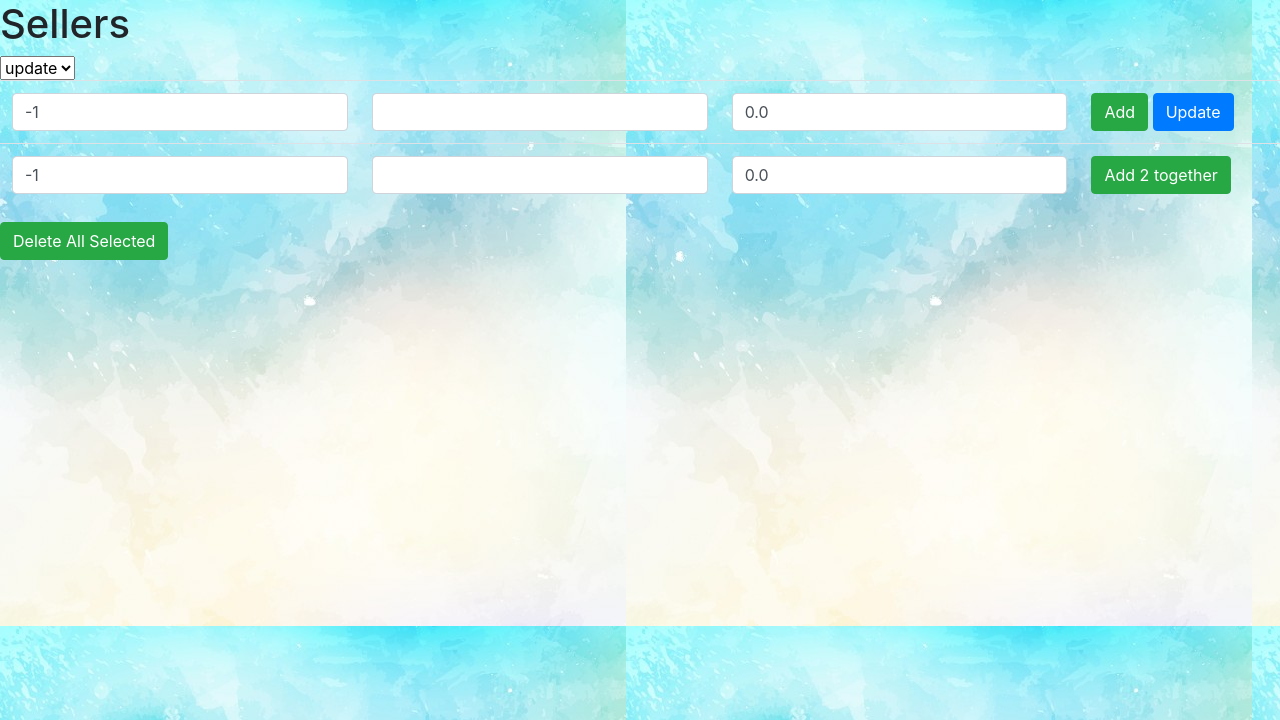
Repository: zhenyan02/HW_Projects
Page: http://localhost/bookStore/SellerWeb.jsp
These files come from the project's save history. The page is drawn as it stood at one moment and after the next save; the edit follows.
The browser window is 1280 px wide. The pictures show the whole page.
The page is served by Tomcat 9. Other server files are loaded and not shown. Queries for data that is not in the repository find no rows.

Above is the page before, as saved 2018-11-25 00:16:48.

### 582_Final Project_JavaScript/bookStore/WebContent/SellerWeb.jsp
<%@ page language="java" contentType="text/html; charset=ISO-8859-1"
    pageEncoding="ISO-8859-1" import="finalproject.bookstore.*, java.util.*"%>
<!DOCTYPE html PUBLIC "-//W3C//DTD HTML 4.01 Transitional//EN" "http://www.w3.org/TR/html4/loose.dtd">
<html>
<head>
<meta http-equiv="Content-Type" content="text/html; charset=ISO-8859-1">
<title>Insert title here</title>
<link href="css/bootstrap.css" rel="stylesheet"/>
</head>

<body background="back1.jpg">
	<h1>Sellers</h1>
			<select name = "options">
			<option>update</option>
			<option>delete</option>
			<option>add</option>
			</select>

<%
	SellerDAO dao = new SellerDAO();

	//controller{
	String action = request.getParameter("action");
    String name = request.getParameter("name");
    String price = request.getParameter("price");
    String id = request.getParameter("id");
	String action2 = request.getParameter("action2");
    String name2 = request.getParameter("name2");
    String price2 = request.getParameter("price2");
    String id2 = request.getParameter("id2");
    Seller app = new Seller();
    Seller apS2 = new Seller();

    //Seller aXX2 = new Seller();
    //Seller aXX1 = new Seller();

    if("create".equals(action)){
    	int idInt = Integer.parseInt(id);
    	double priceD = Double.parseDouble(price);
        app = new Seller(idInt, name, priceD);
    	dao.create(app);
    }else if("remove".equals(action)){
    	//String nameString = String.parseString(id);
    	dao.remove(name);
    }else if("select".equals(action)){
    	//int idInt = Integer.parseInt(id);
    	app = dao.selectOne(name);
    }else if("update".equals(action)){
    	int idInt = Integer.parseInt(id);
    	double priceD = Double.parseDouble(price);
    	app = new Seller(idInt, name, priceD);
    	dao.update(name, app);
    }else if("create2".equals(action)){
    	int idInt = Integer.parseInt(id);
    	double priceD = Double.parseDouble(price);
        app = new Seller(idInt, name, priceD);
    	int idInt2 = Integer.parseInt(id2);
    	double priceD2 = Double.parseDouble(price2);
        apS2 = new Seller(idInt2, name2, priceD2);
		List<Seller> twoInputs = new ArrayList<Seller>();
		twoInputs.add(app);
		twoInputs.add(apS2);
		dao.listInsert(twoInputs);
    }else if("deleteall".equals(action)){
    	//String nameString = String.parseString(id);
	       Seller aXX2 = new Seller(11,"AXA", 28.99);
	       Seller aXX1 = new Seller(11,"AYA", 28.99);
	    	List<Seller> multiDelete = new ArrayList<Seller>();
	    	multiDelete.add(aXX2);
	    	multiDelete.add(aXX1);
	       dao.listDelete(multiDelete);
			System.out.println("DELETE2XXXXXX");

    }


	//Seller app1 = new Seller("xxxyxx", 8.99);
	//dao.create(app1);


	List<Seller> sellers = dao.selectAll();
	 //}
%>
<form action="SellerWeb.jsp">
	<table class= "table">
		<tr>
			<td><input name="id" class="form-control" value="<%= app.getId()%>"/></td>
			<td><input name="name" class="form-control" value="<%= app.getName()%>"/></td>
			<td><input name="price" class="form-control" value="<%= app.getPrice()%>"/></td>
			<td>
				<button class="btn btn-success" name="action" value="create">
					Add
				</button>
				<button class="btn btn-primary" name="action" value="update">
					Update
				</button>
			</td>
		</tr>

		<tr>
			<td><input name="id2" class="form-control" value="<%= apS2.getId()%>"/></td>
			<td><input name="name2" class="form-control" value="<%= apS2.getName()%>"/></td>
			<td><input name="price2" class="form-control" value="<%= apS2.getPrice()%>"/></td>
			<td>
				<button class="btn btn-success" name="action" value="create2">
					Add 2 together
				</button>
			</td>
		</tr>

<% for(Seller ap:sellers){
%>  <tr>
		<td><input name="id" type="checkbox" value="<%= ap.getName()%>"/></td>
		<% //multiDelete.add(ap);%>
		<td><%= ap.getId() %></td>
		<td><%= ap.getName() %></td>
		<td><%= ap.getPrice() %></td>
		<td>
			<a class="btn btn-danger" href="SellerWeb.jsp?action=remove&name=<%= ap.getName() %>">
				Delete
			</a>
			<a class="btn btn-warning" href="SellerWeb.jsp?action=select&name=<%= ap.getName() %>">
				Select
			</a>
		</td>
	</tr>
<%
	}
%>
   </table>
</form>
<tr>
		<td>
				<button class="btn btn-success" name="action" value="deleteall">
					Delete All Selected
				</button>
				</td>
</tr>
</body>
</html>

### 582_Final Project_JavaScript/bookStore/src/finalproject/bookstore/SellerDAO.java
package finalproject.bookstore;

import java.sql.Connection;
import java.sql.DriverManager;
import java.sql.PreparedStatement;
import java.sql.ResultSet;
import java.sql.SQLException;
import java.util.ArrayList;
import java.util.List;

public class SellerDAO {

	public Connection getConnection(){
		String connectionUrl = "jdbc:mysql://localhost:3306/onlineide";
		Connection connection = null;

		try {
			Class.forName("com.mysql.jdbc.Driver").newInstance();
			connection = DriverManager.getConnection(connectionUrl, "root", "zhenyanl");
		} catch (Exception e) {
			e.printStackTrace();
		}

		return connection;

	}

	public void closeConnection(Connection connection){
		try {
			connection.close();
		} catch (SQLException e) {
			e.printStackTrace();
		}
	}

	public void create(Seller seller){

		String sql = "insert into sellers(id, name, price) values (? ,?, ?)";

		Connection connection = getConnection();

		try {
			PreparedStatement statement = connection.prepareStatement(sql);
			statement.setInt(1, seller.getId());
			statement.setString(2, seller.getName());
			statement.setDouble(3, seller.getPrice());
			statement.execute();
		} catch (SQLException e) {
			e.printStackTrace();
		}finally {
			closeConnection(connection);
		}
	}



	public List<Seller> selectAll(){
		List<Seller> sellers = new ArrayList<Seller>();

		String sql = "select * from sellers";
		Connection connection = getConnection();

		try {
			PreparedStatement statement = connection.prepareStatement(sql);
			ResultSet results = statement.executeQuery();
			while(results.next()){
				int id = results.getInt("id");
				String name = results.getString("name");
				double price = results.getDouble("price");
				//int stockquantity = results.getInt("stockquantity");
				Seller seller = new Seller(id, name, price);
				sellers.add(seller);
			}
		} catch (SQLException e) {
			e.printStackTrace();
		}finally {
			closeConnection(connection);
		}

		return sellers;
	}

	public void remove(String name){
		String sql = "delete from sellers where name=?";

		Connection connection = getConnection();

		try {
			PreparedStatement statement = connection.prepareStatement(sql);
			statement.setString(1,  name);
			statement.execute();
		} catch (SQLException e) {
			e.printStackTrace();
		}finally{
			closeConnection(connection);
		}
	}


	public Seller selectOne(String name) {
		Seller app = null;

		String sql = "select * from sellers where name=?";
		Connection connection = getConnection();

		try {
			PreparedStatement statement = connection.prepareStatement(sql);
			statement.setString(1,  name);
			ResultSet results = statement.executeQuery();
			if(results.next()){
				int id = results.getInt("id");
				name = results.getString("name");
				double price = results.getDouble("price");
				app = new Seller(id,name,price);
			}
		} catch (SQLException e) {
			e.printStackTrace();
		}finally{
			closeConnection(connection);
		}
		return app;
	}

	public void update(String name, Seller app) {


		String sql = "update sellers set id=?, name=?, price=? where name=?";
		Connection connection = getConnection();

		try {
			PreparedStatement statement = connection.prepareStatement(sql);
			statement.setInt(1, app.getId());
			statement.setString(2, app.getName());
			statement.setDouble(3, app.getPrice());
			statement.setString(4, name);
			statement.execute();
		} catch (SQLException e) {
			e.printStackTrace();
		}finally{
			closeConnection(connection);
		}
	}


	/////////////////////////////////////////////////
	public void  listInsert(List<Seller> allInput){


		String sql = "insert into sellers(id, name, price) values (? ,?, ?)";
		Connection connection = getConnection();

		try {
			PreparedStatement statement = connection.prepareStatement(sql);
			//ResultSet results = statement.executeQuery();
			connection.setAutoCommit(false);
	        for (Seller seller : allInput) {
				statement.setInt(1, seller.getId());
				statement.setString(2, seller.getName());
				statement.setDouble(3, seller.getPrice());
				statement.execute();
				}
	        connection.commit();
		} catch (SQLException e) {
			e.printStackTrace();
								try {
									connection.rollback();
								} catch (SQLException e1) {
									e1.printStackTrace();
								}
		}finally {
			closeConnection(connection);
		}

	}
	///////////////////////////////////////////////////

	/////////////////////////////////////////////////
	public void  listDelete(List<Seller> allInput){


		String sql = "delete from sellers where name=?";
		Connection connection = getConnection();

		try {
			PreparedStatement statement = connection.prepareStatement(sql);
			//ResultSet results = statement.executeQuery();
			connection.setAutoCommit(false);
			for (Seller seller : allInput) {
				statement.setString(1, seller.getName());
				statement.execute();
				}
			connection.commit();
		} catch (SQLException e) {
			e.printStackTrace();
								try {
									connection.rollback();
								} catch (SQLException e1) {
									e1.printStackTrace();
								}
		}finally {
			closeConnection(connection);
		}

	}
	///////////////////////////////////////////////////


	public static void main(String[] args) {

		SellerDAO dao = new SellerDAO();

		/*
		Seller app1 = new Seller(1,"The Lord of Ring", 28.99);
		Seller app2 = new Seller(2,"The Kite Runner", 55.99);
		Seller app3 = new Seller(3,"The Da Vinci Code ", 36.59);
		Seller app4 = new Seller(4,"The Hunger Games", 56.89);
		Seller app5 = new Seller(5,"Life of Pi", 43.89);
		Seller app6 = new Seller(6,"Animal Farm", 67.99);
		Seller app7 = new Seller(7,"The Help", 19.99);
		Seller app8 = new Seller(8,"Gone Girl", 17.99);
		Seller app9 = new Seller(9,"Harry Potter", 39.99);
		Seller app10 = new Seller(10,"War and Peace", 47.99);
		dao.create(app1);
		dao.create(app2);
		dao.create(app3);
		dao.create(app4);
		dao.create(app5);
		dao.create(app6);
		dao.create(app7);
		dao.create(app8);
		dao.create(app9);
		dao.create(app10);
		*/

		//BuyerDAO daoo = new BuyerDAO();

		/*
		Buyer app11 = new Buyer(38.99, 1,"The Lord of Ring");
		Buyer app22 = new Buyer(65.99,2,"The Kite Runner");
		Buyer app33 = new Buyer(46.59,1,"The Da Vinci Code " );
		Buyer app44 = new Buyer(66.89, 3,"The Hunger Games" );
		Buyer app55 = new Buyer(53.89, 1,"Life of Pi");
		Buyer app66 = new Buyer(77.99, 3,"Animal Farm");
		Buyer app77 = new Buyer(29.99,1,"The Help");
		Buyer app88 = new Buyer(27.99, 3,"Gone Girl");
		Buyer app99 = new Buyer(49.99, 6, "Harry Potter");
		//Buyer app10 = new Buyer(57.99, 10,"War and Peace");
		daoo.create(app11);
		daoo.create(app22);
		daoo.create(app33);
		daoo.create(app44);
		daoo.create(app55);
		daoo.create(app66);
		daoo.create(app77);
		daoo.create(app88);
		daoo.create(app99);
		*/



	       Seller aXX2 = new Seller(11,"AXA", 28.99);
	       Seller aXX1 = new Seller(11,"AYA", 28.99);
	    	List<Seller> multiDelete = new ArrayList<Seller>();
	    	multiDelete.add(aXX2);
	    	multiDelete.add(aXX1);
	dao.listDelete(multiDelete);

		//Seller apS1 = new Seller(11,"AXA", 28.99);
		//dao.create(apS1);
		//Seller apS2 = new Seller(12,"AYA", 66.66);
		//dao.create(apS2);
		//Seller apS3 = new Seller(13,"ZZZ", 28.99);
		//dao.create(apS2);
		//List<Seller> twoInputs = new ArrayList<Seller>();
		//twoInputs.add(apS1);
		//twoInputs.add(apS2);
		//twoInputs.add(apS3);
		//dao.listInsert(twoInputs);

		//dao.listDelete(twoInputs);

		//Buyer apB1 = new Buyer(38.99, 1,"XXX");
		//daoo.create(apB1);
		/*
		Connection connection = dao.getConnection();
		System.out.println(connection);
		dao.closeConnection(connection);
		*/

	}

}

### 582_Final Project_JavaScript/bookStore/src/finalproject/bookstore/Seller.java
package finalproject.bookstore;


public class Seller {
	private int id = -1;
	private String name = "";
	private double price=0.0;


	public Seller() {
		super();
	}
	public Seller(String name, double price) {
		super();
		this.name = name;
		this.price = price;
	}
	public Seller(int id, String name, double price) {
		super();
		this.id = id;
		this.name = name;
		this.price = price;
	}
	public int getId() {
		return id;
	}
	public void setId(int id) {
		this.id = id;
	}
	public String getName() {
		return name;
	}
	public void setName(String name) {
		this.name = name;
	}
	public double getPrice() {
		return price;
	}
	public void setPrice(double price) {
		this.price = price;
	}

}

Loaded but not shown: 582_Final Project_JavaScript/bookStore/WebContent/css/bootstrap.css (library)

After the next save:
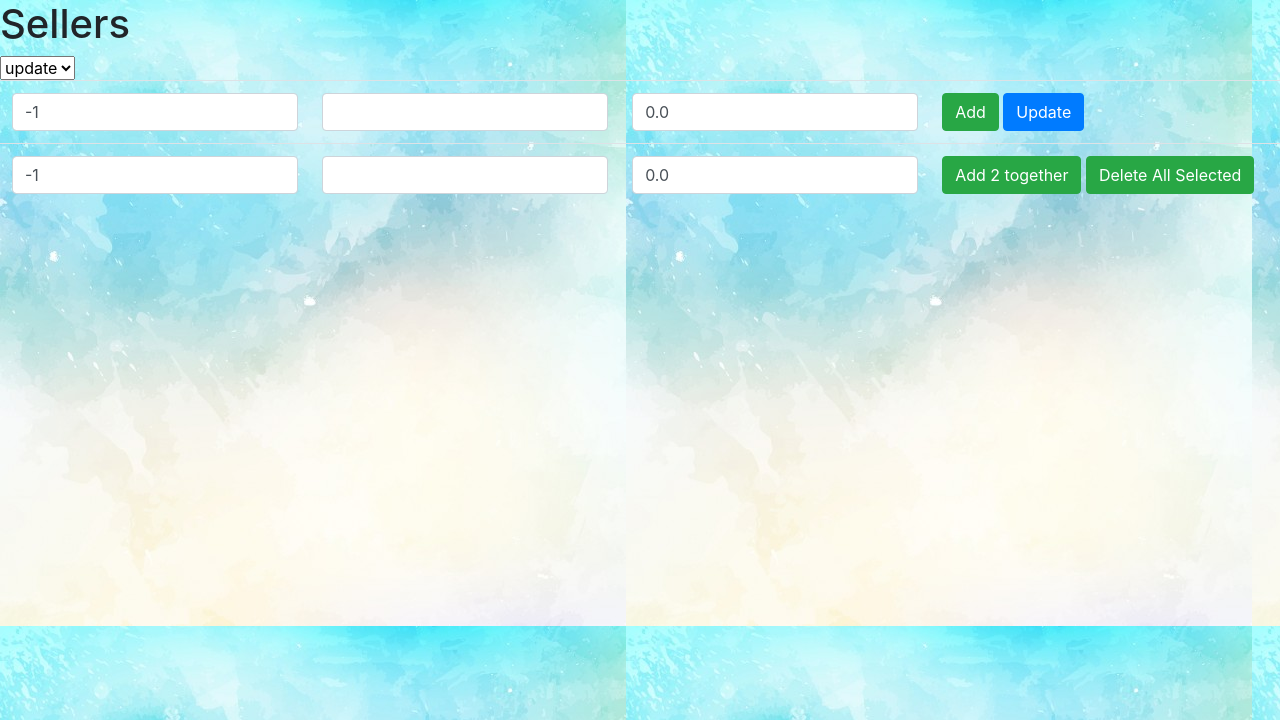
Saved 78 s later.
--- a/582_Final Project_JavaScript/bookStore/WebContent/SellerWeb.jsp
+++ b/582_Final Project_JavaScript/bookStore/WebContent/SellerWeb.jsp
@@ -61,7 +61,7 @@
 		twoInputs.add(app);
 		twoInputs.add(apS2);
 		dao.listInsert(twoInputs);
-    }else if("deleteall".equals(action)){
+    }else if("delete2".equals(action)){
     	//String nameString = String.parseString(id);
 	       Seller aXX2 = new Seller(11,"AXA", 28.99);
 	       Seller aXX1 = new Seller(11,"AYA", 28.99);
@@ -105,6 +105,9 @@
 				<button class="btn btn-success" name="action" value="create2">
 					Add 2 together
 				</button>
+				<button class="btn btn-success" name="action" value="deleteall">
+					Delete All Selected
+				</button>
 			</td>
 		</tr>
 
@@ -129,12 +132,5 @@
 %>
    </table>
 </form>
-<tr>
-		<td>
-				<button class="btn btn-success" name="action" value="deleteall">
-					Delete All Selected
-				</button>
-				</td>
-</tr>
 </body>
 </html>
